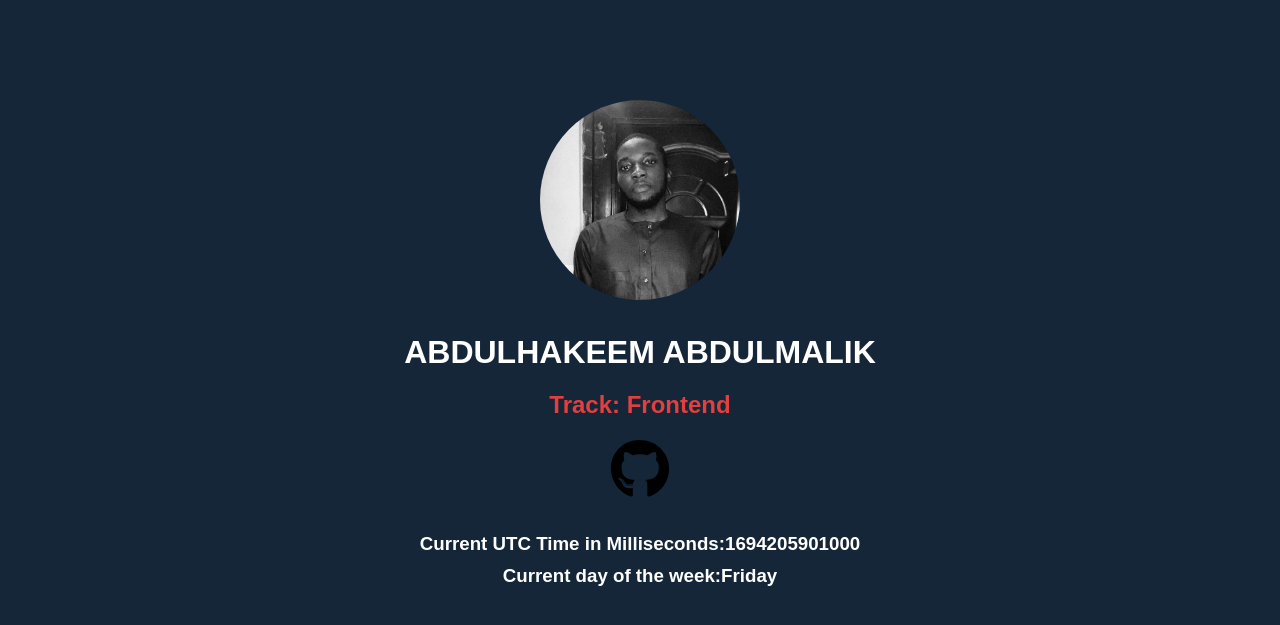
Repository: malikhakeem/HNG-TASK
Page: HNG-TASK1.html
These files come from the project's save history. The page is drawn as it stood at one moment and after the next save; the edit follows.
The browser window is 1280 px wide. The pictures show the whole page.
Pictures or frames that could not be fetched are drawn as grey boxes.

Above is the page before, as saved 2023-09-09 07:16:28.

### HNG-TASK1.html
<!DOCTYPE html>
<html lang="en">

<head>
    <meta charset="UTF-8">
    <meta name="viewport" content="width=device-width, initial-scale=1.0">
    <link rel="stylesheet" href="./HNG-TASK!.css">

    <title>HNG</title>
    <script src="./HNG-TASK.js"></script>
</head>

<body>


    <div class="body">
        <div class="nav">
            <div class="profilepic"><img data-testId="slackDisplayImage" class="profile-pic" src="./pic/kim.jpg"
                    alt="Malik" /></div>
            <div class="profie-details">
                <div class="slack-name">
                    <h1>ABDULHAKEEM ABDULMALIK</h1>
                </div>
                <div class="track">
                    <h2 data-testId="myTrack">Track: Frontend</h2>
                </div>
            </div>
            <div class="github-link">
                <a data-testId="githubURL" href="link address"><img src="./pic//github.svg" width="60" height="60"></a>
            </div>


        </div>

        <div class="task">

            <div class="time">

            </div>
            <div class="date">

            </div>

        </div>
    </div>



    <script>
        const time = document.getElementsByClassName("time");
        time[0].innerHTML = "<h3>Current UTC Time in Milliseconds:" + currentTimeMillis + "</h3>";
    </script>
    <script>
        const date = document.getElementsByClassName("date");
        date[0].innerHTML = "<h3>Current day of the week:" + weekday + "</h3>";
    </script>
</body>

</html>

### HNG-TASK!.css
* {
    padding: 0px;
    margin: 0px;

}

.profile-pic {
    width: 200px;
    height: 200px;
    border-radius: 50%;
}

.profilepic {
    padding-bottom: 30px;
}

.github-link {
    padding-top: 20px;
}

.time {
    padding-bottom: 10px;
}

.task {

    padding-top: 30px;
}

.body {
    display: flex;
    display: block;
    text-align: center;
}

.track {
    padding-top: 20px;
    color: rgb(226, 63, 63);
}

body {
    padding: 100px 0px 0px 0px;
    color: white;
    display: flex;
    justify-content: center;
    font-family: sans-serif;
    background: #142638;
}

### HNG-TASK.js




let currentTime = new Date();
let currentTimeMillis = currentTime.getTime();
let currentUTCTime = currentTime.toUTCString();

console.log("Current time in milliseconds: " + currentTimeMillis);
console.log("Current time in UTC: " + currentUTCTime);


//  setInterval(updateTime, 1000); // Run updateTime() every second


var dateObj = new Date()
var weekday = dateObj.toLocaleString("default", { weekday: "long" })
// weekday = "Saturday"

After the next save:
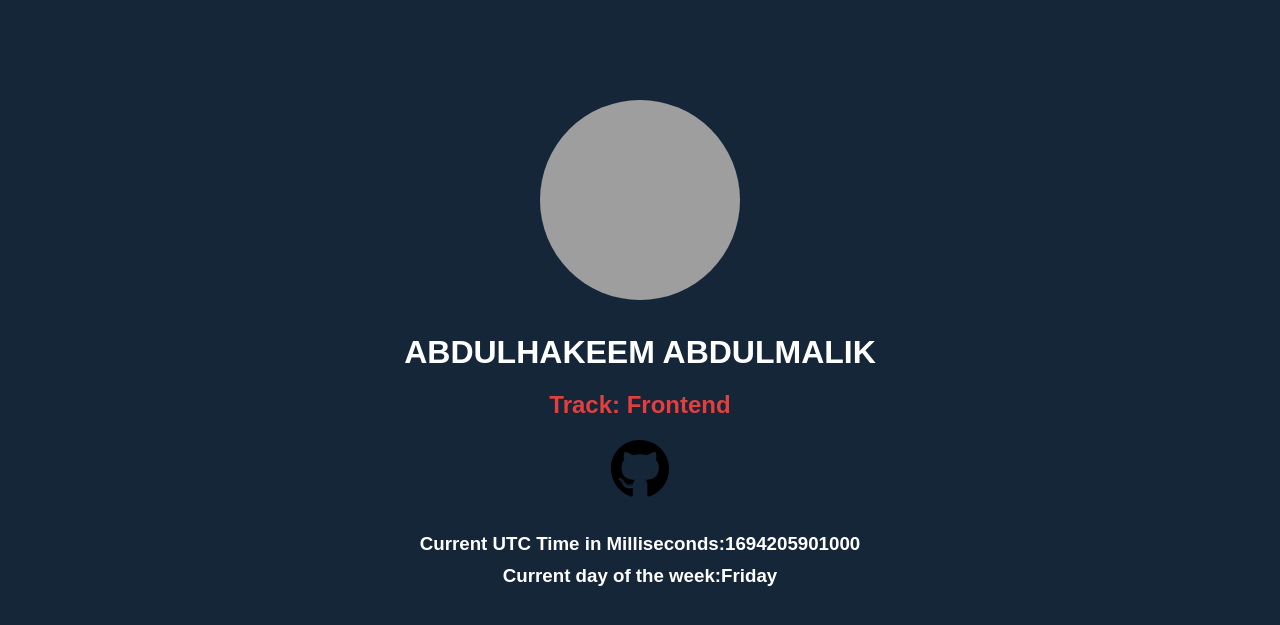
Saved 7 min 18 s later.
--- a/HNG-TASK1.html
+++ b/HNG-TASK1.html
@@ -15,7 +15,8 @@
 
     <div class="body">
         <div class="nav">
-            <div class="profilepic"><img data-testId="slackDisplayImage" class="profile-pic" src="./pic/kim.jpg"
+            <div class="profilepic"><img data-testId="slackDisplayImage" class="profile-pic" width="200px"
+                height="200px"src="./pic/kim.jpg
                     alt="Malik" /></div>
             <div class="profie-details">
                 <div class="slack-name">

After the 2 saves that followed:
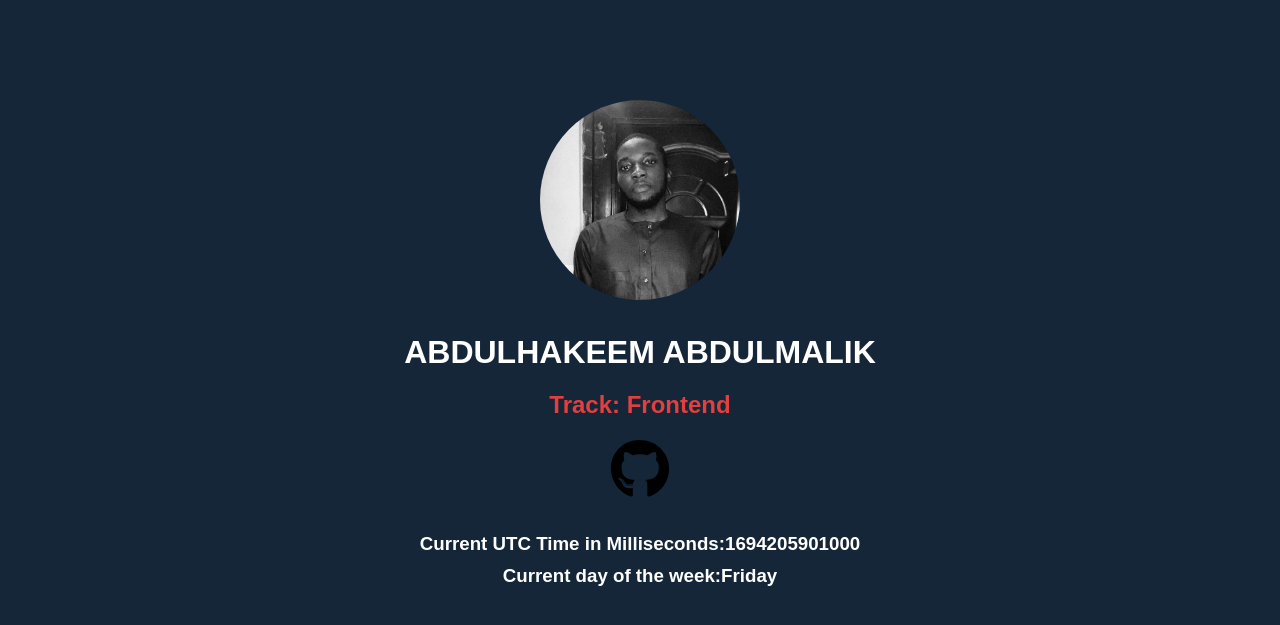
The 2 saves are shown as one change because 1 left the picture as it was.
The last was saved 85 s later.
--- a/HNG-TASK1.html
+++ b/HNG-TASK1.html
@@ -15,8 +15,7 @@
 
     <div class="body">
         <div class="nav">
-            <div class="profilepic"><img data-testId="slackDisplayImage" class="profile-pic" width="200px"
-                height="200px"src="./pic/kim.jpg
+            <div class="profilepic"><img data-testId="slackDisplayImage" class="profile-pic" src="./pic/kim.jpg"
                     alt="Malik" /></div>
             <div class="profie-details">
                 <div class="slack-name">
